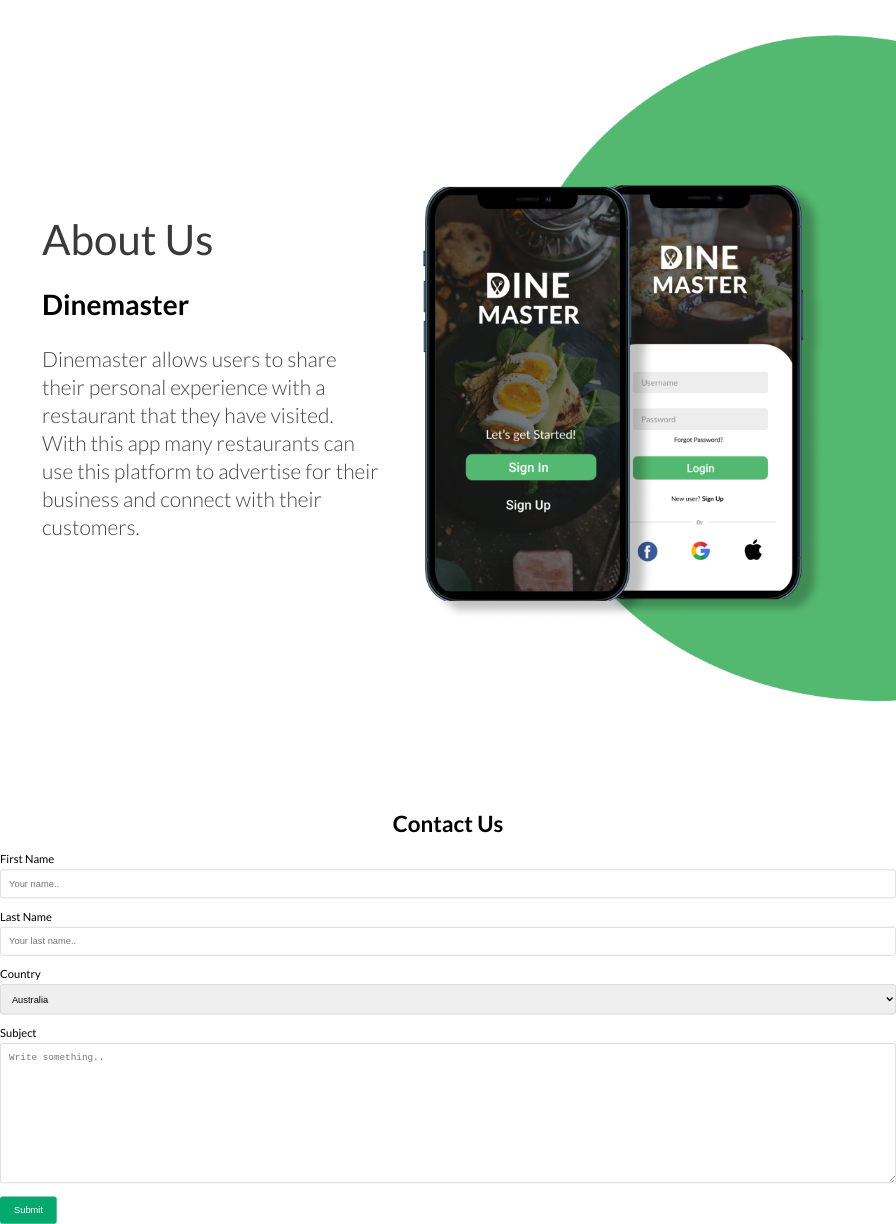
Repository: leahma1208/dinemaster
Page: index.html
The author's editor kept a copy of each file at every save. The page is drawn from the files as they stood at one save, then again after a run of saves.
The browser window is 1280 px wide. The pictures show the part of the page from y = 3083 to 5003 px (the page is 4831 px tall before and 5003 px after), at 70% of full size.
A picture or video elsewhere on the page could not be fetched, so the positions and the page height are approximate.

Above is the page before, as saved 2021-05-07 10:44:52.

After the next 2 saves:
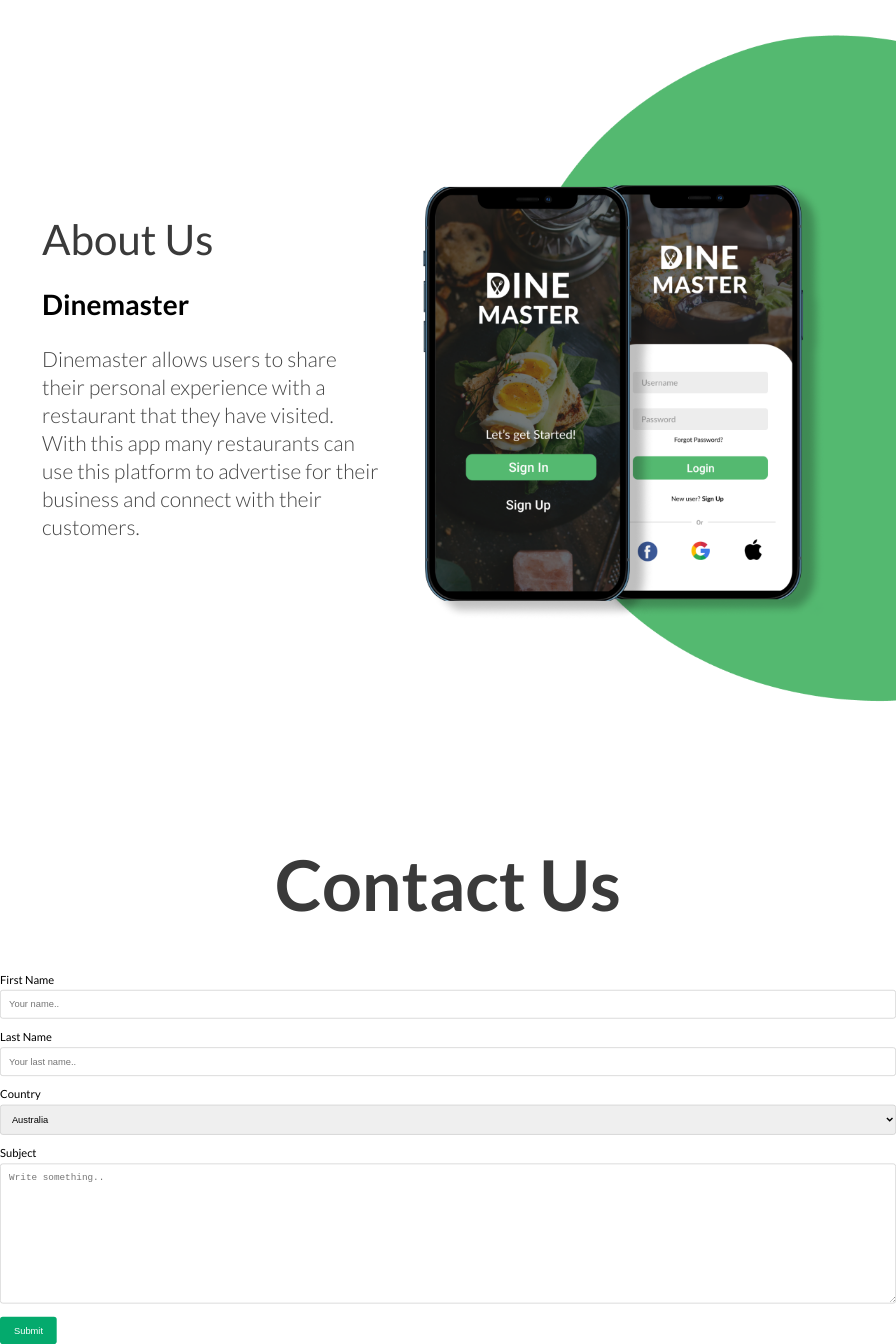
The 2 saves are shown as one change because they came seconds apart.
The last was saved 16 s later.
--- a/style.css
+++ b/style.css
@@ -166,5 +166,7 @@
 .Contact{
   display: flex;
   justify-content: center;
-
+  font-size: 100px;
+  font-weight: 700;
+  color: #3a3a3a;
 }
